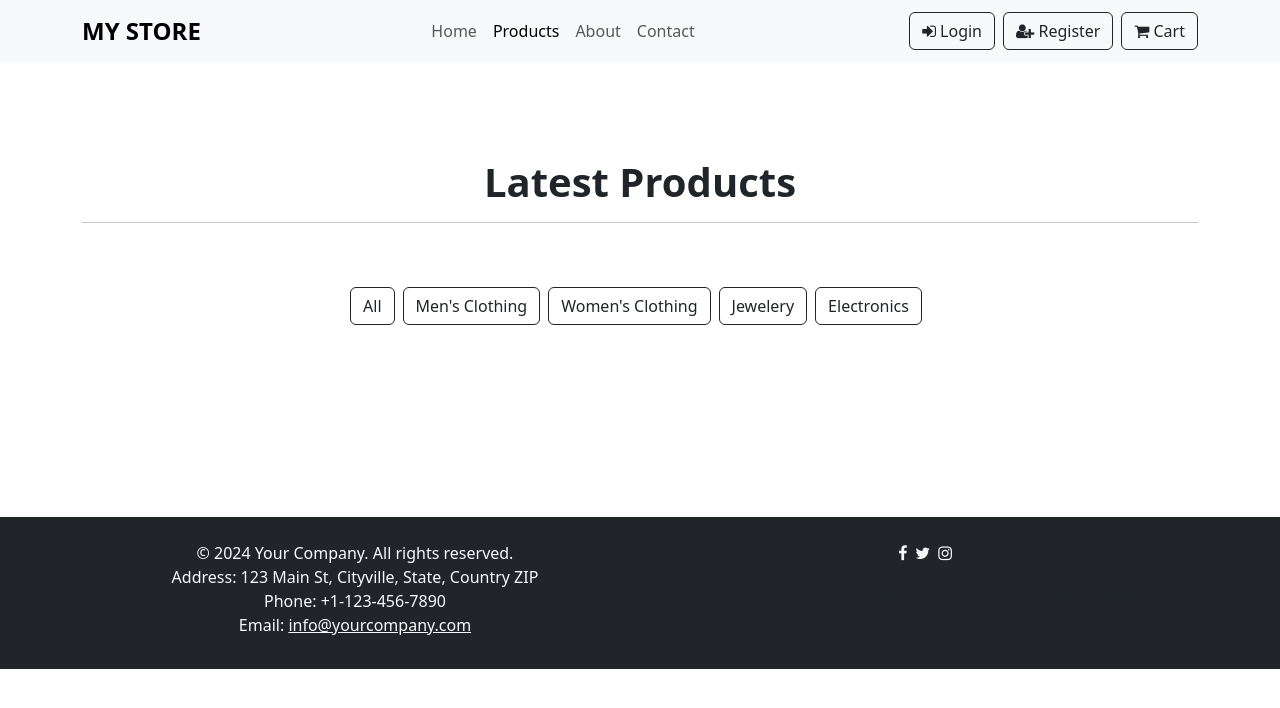
Repository: asad3407886839/E-commerce-Store
Page: /products (app in vite-project/)
The author's editor kept a copy of each file at every save. The page is drawn from the files as they stood at one save, then again after the next save.
The browser window is 1280 px wide. The pictures show the whole page.
The page's requests for data from a server got no answer. The project was rebuilt for these pictures with package versions that can differ from the ones it lists, and the page was loaded fresh each time. No one was signed in, and anything a server would have sent is missing. Also part of the build but not shown: vite-project/vite.config.js, vite-project/src/components/Home.jsx, vite-project/src/components/Product.jsx, vite-project/src/components/Contact.jsx, vite-project/src/AboutUs.jsx, vite-project/src/LoginForm.jsx, vite-project/src/register.jsx, vite-project/src/index.css.

Above is the page before, as saved 2024-06-30 01:49:29.

### vite-project/src/main.jsx
import React from 'react';
import ReactDOM from 'react-dom/client';
import App from './App.jsx';
import './index.css';
import 'bootstrap/dist/css/bootstrap.min.css';
import 'bootstrap/dist/js/bootstrap.bundle';
import 'font-awesome/css/font-awesome.min.css';


ReactDOM.createRoot(document.getElementById('root')).render(

    <App />

);

### vite-project/src/App.jsx
// App.js
import React from 'react';
import Navbar from './components/Navbar';
import Home from './components/Home';
import Products from './components/Products';
import Product from './components/Product';
import { BrowserRouter, Routes, Route } from 'react-router-dom';
import Contact from './components/Contact';
import AboutUs from './AboutUs';
import LoginForm from './LoginForm';
import register from './register';
import Footer from './components/Footer';


const App = () => {
  return (
    <div>
      <BrowserRouter>
        <Navbar />
        <Routes>
          <Route path="/" element={<Home />} />
          <Route path="/products" element={<Products />} />
          <Route path="/products/:id" element={<Product />} />
          <Route path="/about" element={<AboutUs />} />
          <Route path="/contact" element={<Contact />} />
          <Route path="/login" element={<LoginForm/>} />
          <Route path="/register" element={<register/>} />



        </Routes>
        <Footer/>
      </BrowserRouter>
    </div>
  );
};

export default App;

### vite-project/src/components/Navbar.jsx
import React from 'react';
import { NavLink } from 'react-router-dom';

const Navbar = () => {
  return (
    <div>
      <nav className="navbar navbar-expand-lg navbar-light bg-light">
        <div className="container">
          <NavLink className="navbar-brand fw-bold fs-4" to="/">MY STORE</NavLink>
          <button
            className="navbar-toggler"
            type="button"
            data-bs-toggle="collapse"
            data-bs-target="#navbarSupportedContent"
            aria-controls="navbarSupportedContent"
            aria-expanded="false"
            aria-label="Toggle navigation"
          >
            <span className="navbar-toggler-icon"></span>
          </button>
          <div className="collapse navbar-collapse" id="navbarSupportedContent">
            <ul className="navbar-nav mx-auto mb-2 mb-lg-0">
              <li className="nav-item">
                <NavLink className="nav-link" exact to="/">Home</NavLink>
              </li>
              <li className="nav-item">
                <NavLink className="nav-link" to="/products">Products</NavLink>
              </li>
              <li className="nav-item">
                <NavLink className="nav-link" to="/about">About</NavLink>
              </li>
              <li className="nav-item">
                <NavLink className="nav-link" to="/contact">Contact</NavLink>
              </li>
            </ul>
            <div className="buttons">
              <NavLink to="/login" className="btn btn-outline-dark">
                <i className="fa fa-sign-in"></i> Login
              </NavLink>
              <NavLink to="/register" className="btn btn-outline-dark ms-2">
                <i className="fa fa-user-plus"></i> Register
              </NavLink>
              <NavLink to="/cart" className="btn btn-outline-dark ms-2">
                <i className="fa fa-shopping-cart"></i> Cart
              </NavLink>
            </div>
          </div>
        </div>
      </nav>
    </div>
  );
};

export default Navbar;

### vite-project/src/components/Products.jsx
import React, { useState, useEffect } from 'react';
import { Link } from 'react-router-dom';


const Products = () => {
  const [data, setData] = useState([]);
  const [filter, setFilter] = useState([]);
  const [loading, setLoading] = useState(false);
  let componentMounted = true;

  useEffect(() => {
    const fetchProducts = async () => {
      setLoading(true);
      try {
        const response = await fetch('https://fakestoreapi.com/products');
        const result = await response.json();
        if (componentMounted) {
          setData(result);
          setFilter(result);
          setLoading(false);
        }
      } catch (error) {
        console.error("Error fetching data:", error);
        setLoading(false);
      }
    };

    fetchProducts();

    return () => {
      componentMounted = false;
    };
  }, []);

  if (loading) {
    return <div>Loading...</div>;
  }

  const showProducts = () => {
    return (
      <>
        <div className="buttons d-flex justify-content-center mb-5 pb-5">
          <button className="btn btn-outline-dark me-2" onClick={() => setFilter(data)}>All</button>
          <button className="btn btn-outline-dark me-2" onClick={() => setFilter(data.filter(product => product.category === 'men\'s clothing'))}>Men's Clothing</button>
          <button className="btn btn-outline-dark me-2" onClick={() => setFilter(data.filter(product => product.category === 'women\'s clothing'))}>Women's Clothing</button>
          <button className="btn btn-outline-dark me-2" onClick={() => setFilter(data.filter(product => product.category === 'jewelery'))}>Jewelery</button>
          <button className="btn btn-outline-dark me-2" onClick={() => setFilter(data.filter(product => product.category === 'electronics'))}>Electronics</button>
        </div>
        <div className="row">
          {filter.map((product) => (
            <div className="col-md-3 mb-4" key={product.id}>
              <div className="card h-100 text-center p-3 fw-bolder">
                <img
                  src={product.image}
                  className="card-img-top"
                  alt={product.title}
                  height="250px"
                />
                <div className="card-body">
                  <h5 className="card-title">{product.title}</h5>
                  <p className="card-text">${product.price}</p>
                  <Link to={`/products/${product.id}`} className="btn btn-outline-dark ms-2">
                    Buy Now
                  </Link>
                </div>
              </div>
            </div>
          ))}
        </div>
      </>
    );
  };

  return (
    <div className="container my-5 py-5">
      <div className="row">
        <div className="col-12 mb-5">
          <h1 className="display-6 fw-bolder text-center">Latest Products</h1>
          <hr />
        </div>
      </div>
      <div className="row justify-content-center">
        {showProducts()}
      </div>
    </div>
  );
};

export default Products;

### vite-project/src/components/Footer.jsx
import React from 'react';

const Footer = () => {
  return (
    <footer className="bg-dark text-light text-center py-4">
      <div className="container">
        <div className="row">
          <div className="col-md-6">
            <p className="mb-0">&copy; 2024 Your Company. All rights reserved.</p>
            <address className="mb-0">
              Address: 123 Main St, Cityville, State, Country ZIP<br />
              Phone: +1-123-456-7890<br />
              Email: <a href="mailto:info@yourcompany.com" className="text-light">info@yourcompany.com</a>
            </address>
          </div>
          <div className="col-md-6">
            <ul className="list-inline social-icons">
              <li className="list-inline-item">
                <a href="https://facebook.com" className="text-light">
                  <i className="fa fa-facebook"></i>
                </a>
              </li>
              <li className="list-inline-item">
                <a href="https://twitter.com" className="text-light">
                  <i className="fa fa-twitter"></i>
                </a>
              </li>
              <li className="list-inline-item">
                <a href="https://instagram.com" className="text-light">
                  <i className="fa fa-instagram"></i>
                </a>
              </li>
            </ul>
            <p className="mt-3 text-muted">
              Stay connected with us on social media for updates, promotions, and more!
            </p>
          </div>
        </div>
      </div>
    </footer>
  );
};

export default Footer;

Loaded but not shown: vite-project/index.html (common file)

After the next save:
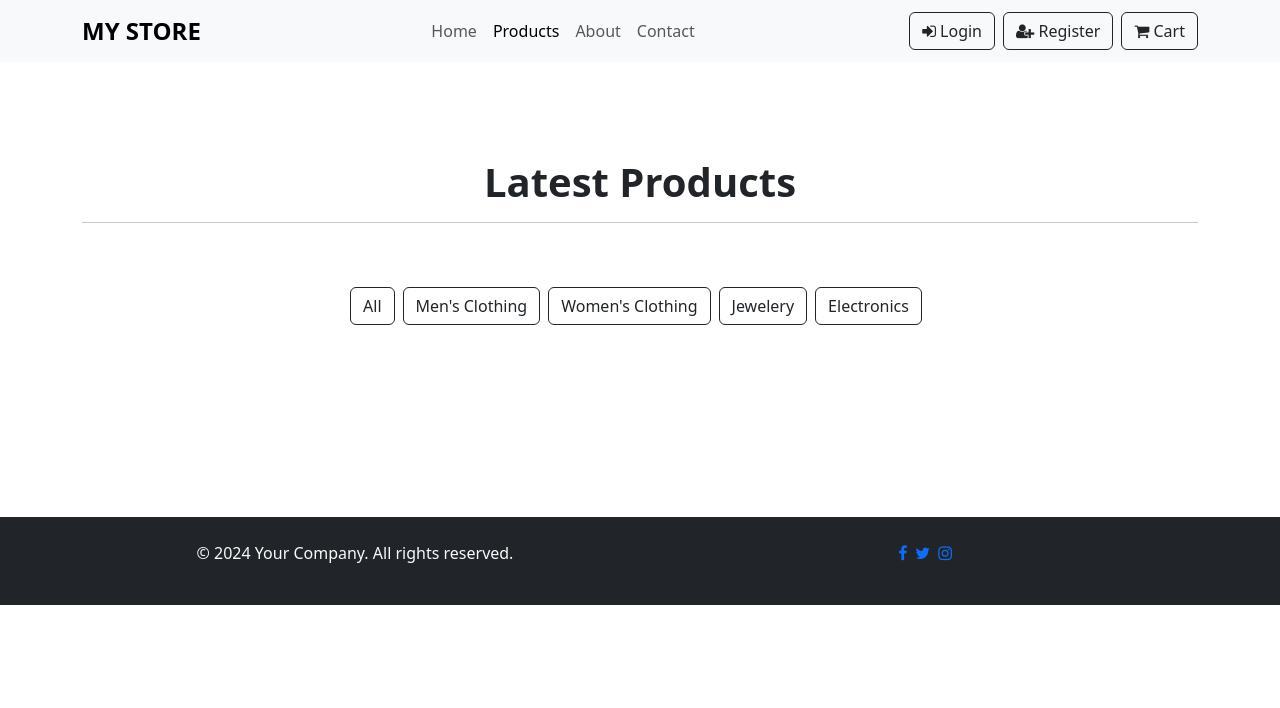
Saved 2 min 9 s later.
--- a/vite-project/src/components/Footer.jsx
+++ b/vite-project/src/components/Footer.jsx
@@ -6,34 +6,26 @@ const Footer = () => {
       <div className="container">
         <div className="row">
           <div className="col-md-6">
-            <p className="mb-0">&copy; 2024 Your Company. All rights reserved.</p>
-            <address className="mb-0">
-              Address: 123 Main St, Cityville, State, Country ZIP<br />
-              Phone: +1-123-456-7890<br />
-              Email: <a href="mailto:info@yourcompany.com" className="text-light">info@yourcompany.com</a>
-            </address>
+            <p>&copy; 2024 Your Company. All rights reserved.</p>
           </div>
           <div className="col-md-6">
             <ul className="list-inline social-icons">
               <li className="list-inline-item">
-                <a href="https://facebook.com" className="text-light">
+                <a href="https://facebook.com">
                   <i className="fa fa-facebook"></i>
                 </a>
               </li>
               <li className="list-inline-item">
-                <a href="https://twitter.com" className="text-light">
+                <a href="https://twitter.com">
                   <i className="fa fa-twitter"></i>
                 </a>
               </li>
               <li className="list-inline-item">
-                <a href="https://instagram.com" className="text-light">
+                <a href="https://instagram.com">
                   <i className="fa fa-instagram"></i>
                 </a>
               </li>
             </ul>
-            <p className="mt-3 text-muted">
-              Stay connected with us on social media for updates, promotions, and more!
-            </p>
           </div>
         </div>
       </div>
